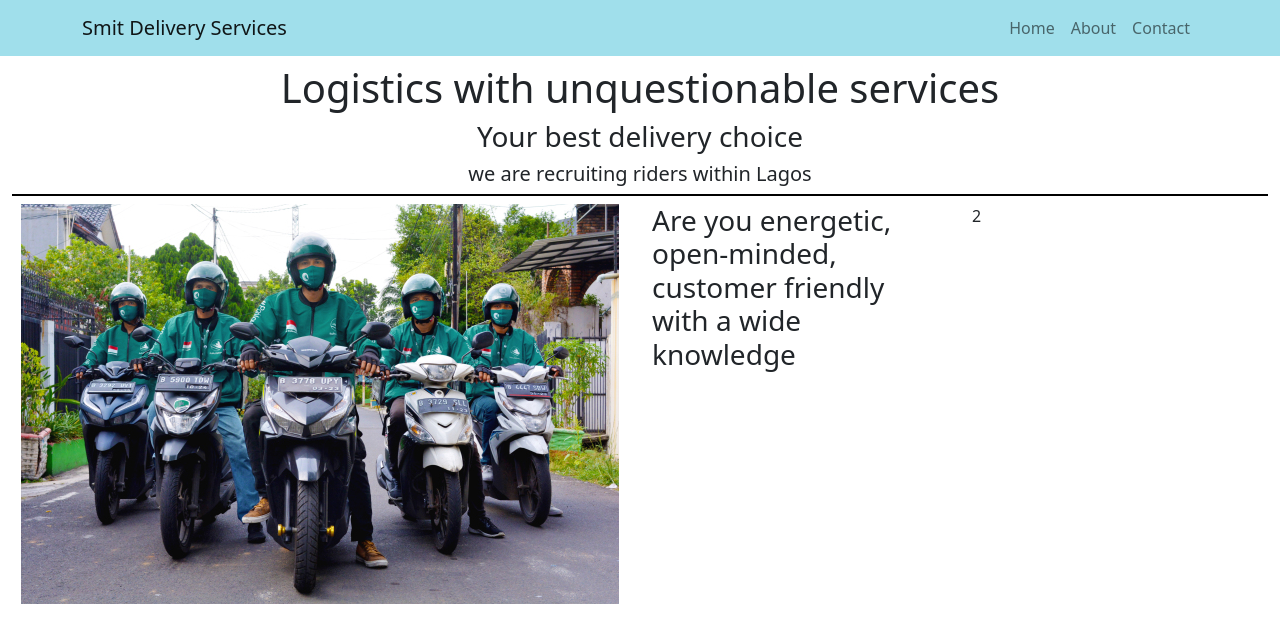
Repository: smit1298/logistic
Page: /
These files come from the project's save history. The page is drawn as it stood at one moment and after a run of saves; the edit follows.
The browser window is 1280 px wide. The pictures show the whole page.
The project was rebuilt for these pictures with package versions that can differ from the ones it lists, and the page was loaded fresh each time.

Above is the page before, as saved 2021-10-04 08:14:27.

After the next 2 saves:
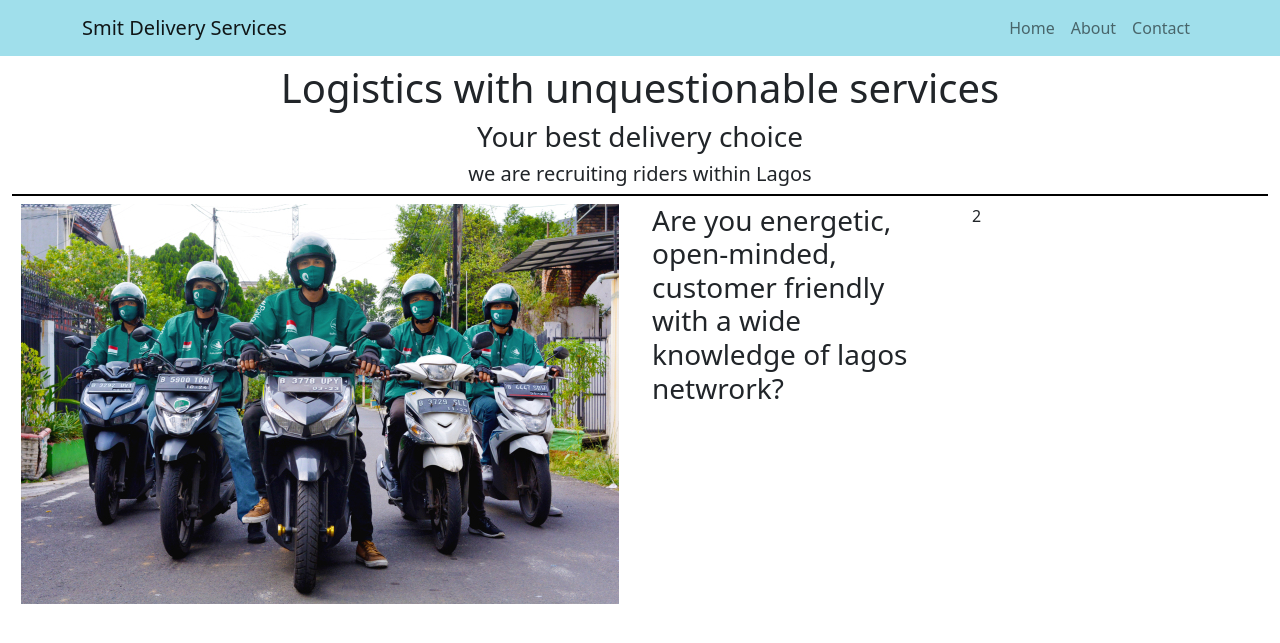
The 2 saves are shown as one change because they came seconds apart.
The last was saved 8 s later.
--- a/src/components/recruit/RecruitForm.jsx
+++ b/src/components/recruit/RecruitForm.jsx
@@ -18,7 +18,7 @@ const recruitForm = () => {
         </Col>
         <Col className="me-auto ">
           <Row>
-            <Col><h3>Are you energetic, open-minded, customer friendly with a wide knowledge </h3></Col>
+            <Col><h3>Are you energetic, open-minded, customer friendly with a wide knowledge of lagos netwrork?</h3></Col>
             <Col>2</Col>
           </Row>
           {/* <Form className="me-auto" >
